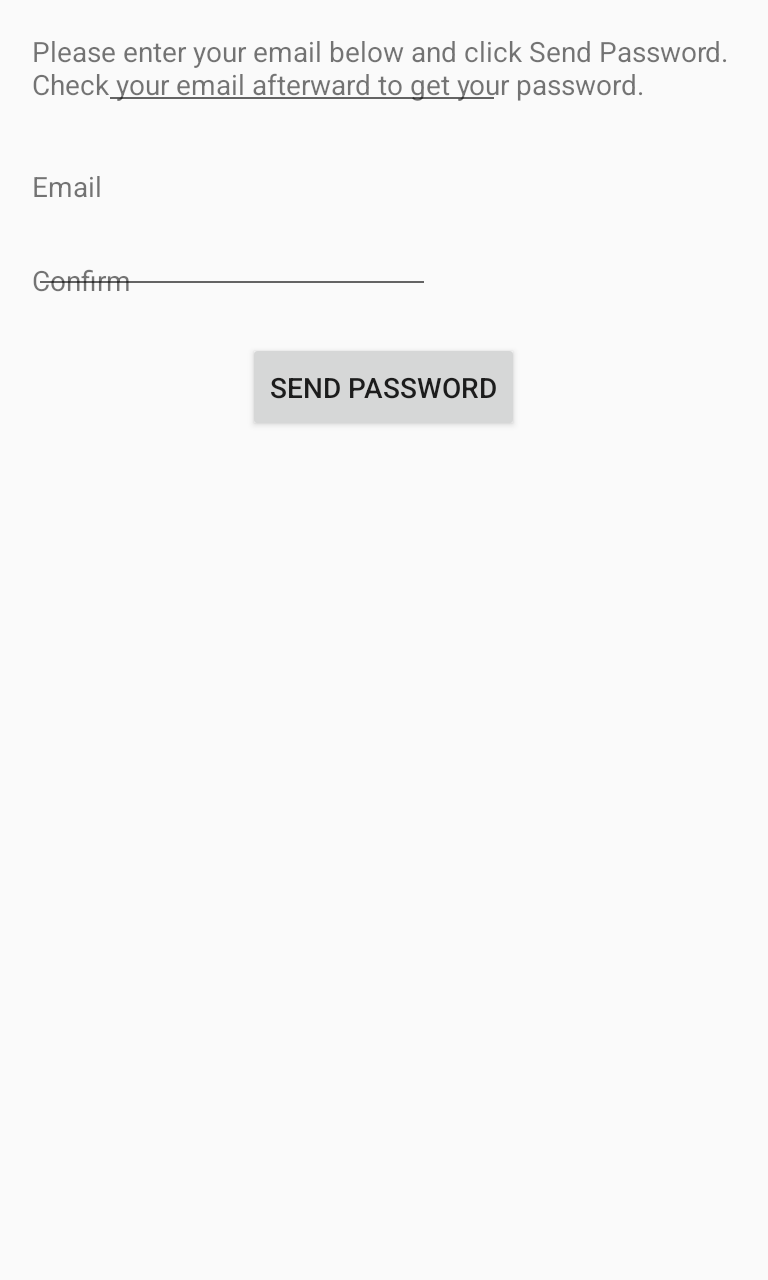
Repository: zerox2012/Fall2014Android
Layout: FishingBuddy/res/layout/activity_forgot_password.xml
The author's editor kept a copy of each file at every save. The layout is drawn from the files as they stood at one save, then again after the next save.
It is drawn on a 768 x 1280 px phone screen (xhdpi) without system bars, with theme AppTheme; the app's code is not run.

Above is the layout before, as saved 2014-10-20 22:50:14.

### FishingBuddy/res/layout/activity_forgot_password.xml
<RelativeLayout xmlns:android="http://schemas.android.com/apk/res/android"
    xmlns:tools="http://schemas.android.com/tools"
    android:layout_width="match_parent"
    android:layout_height="match_parent"
    android:paddingBottom="@dimen/activity_vertical_margin"
    android:paddingLeft="@dimen/activity_horizontal_margin"
    android:paddingRight="@dimen/activity_horizontal_margin"
    android:paddingTop="@dimen/activity_vertical_margin"
    tools:context="usf.fall2014.android.fishingbuddy.ForgotPassword" >

    <TextView
        android:id="@+id/text_password_recovery_instruction"
        android:layout_width="wrap_content"
        android:layout_height="wrap_content"
        android:layout_alignParentRight="true"
        android:text="@string/password_recovery_instruction" />
    <TextView
        android:id="@+id/label_email"
        android:layout_width="wrap_content"
        android:layout_height="wrap_content"
        android:layout_below="@+id/text_password_recovery_instruction"
        android:layout_marginTop="32dp"
        android:text="@string/label_email" />
    <EditText
        android:id="@+id/email1"
        android:layout_width="200dp"
        android:layout_height="wrap_content"
        android:layout_toRightOf="@+id/label_email"
        android:ems="10"
        android:inputType="textEmailAddress" />

    <TextView
        android:id="@+id/label_confirm_email"
        android:layout_width="wrap_content"
        android:layout_height="wrap_content"
        android:layout_below="@+id/label_email"
        android:layout_marginRight="17dp"
        android:layout_marginTop="28dp"
        android:text="@string/label_confirm_email" />
    <EditText
        android:id="@+id/email2"
        android:layout_width="200dp"
        android:layout_height="wrap_content"
        android:layout_alignBottom="@+id/label_confirm_email"
        android:layout_marginRight="14dp"
        android:ems="10"
        android:inputType="textEmailAddress" />

    <Button
        android:id="@+id/button_create"
        android:layout_width="wrap_content"
        android:layout_height="wrap_content"
        android:layout_below="@+id/email2"
        android:layout_centerHorizontal="true"
        android:layout_marginTop="20dp"
        android:text="@string/label_send_password" />

</RelativeLayout>

### FishingBuddy/res/values/strings.xml
<?xml version="1.0" encoding="utf-8"?>
<resources>

    <string name="app_name">FishingBuddy</string>
    <string name="hello_world">Hello world!</string>
    <string name="action_settings">Settings</string>
    <string name="title_activity_main_menu">MainMenu</string>
    <string name="title_activity_gallery">Gallery</string>
    <string name="title_activity_message">Message</string>
    <string name="title_activity_new_user">NewUser</string>
    <string name="title_activity_forgot_password">ForgotPassword</string>
    <string name="title_activity_map">Map</string>
    <string name="user_name">Username</string>
    <string name="password">Password</string>
    <string name="button_login">Login</string>
    <string name="new_user">New User</string>
    <string name="forgot_password">Forgot Password</string>
    <string name="remember_me">remember me</string>
    <string name="label_email">Email</string>
    <string name="label_confirm_email">Confirm</string>
    <string name="create_account">Create Account</string>
    <string name="cancel">Cancel</string>
    <string name="label_water_temp">Water Temperature</string>
    <string name="label_current_time">Current Time</string>
    <string name="label_tide_information">Tide Information</string>
    <string name="label_tide_chart">Hi                 Lo                  Hi                    Lo         </string>
    <string name="button_map">Fishing Map</string>
    <string name="button_gallery">Gallery</string>
    <string name="button_setting">Setting</string>
    <string name="button_exitapp">Exit</string>
    <string name="label_hi">Hi</string>
    <string name="label_lo">Lo</string>
    <string name="tide_value1_hi">00:00AM - 0.00feet</string>
    <string name="tide_value2_hi">00:00AM - 0.00feet</string>
    <string name="tide_value1_lo">00:00AM - 0.00feet</string>
    <string name="tide_value2_lo">00:00AM - 0.00feet</string>
    <string name="value_current_time">00:00:00 AM</string>
    <string name="value_current_temp">00.00F</string>
    <string name="value_current_date">October 21, 2014</string>
    <string name="label_send_password">Send Password</string>
    <string name="password_recovery_instruction">Please enter your email below and click Send Password.  Check your email afterward to get your password.</string>

</resources>

Loaded but not shown: FishingBuddy/res/values/styles.xml (common file); FishingBuddy/res/values-v11/styles.xml (common file); FishingBuddy/res/values-v14/styles.xml (common file); FishingBuddy/res/values/dimens.xml (common file); FishingBuddy/res/values-w820dp/dimens.xml (common file)

After the next save:
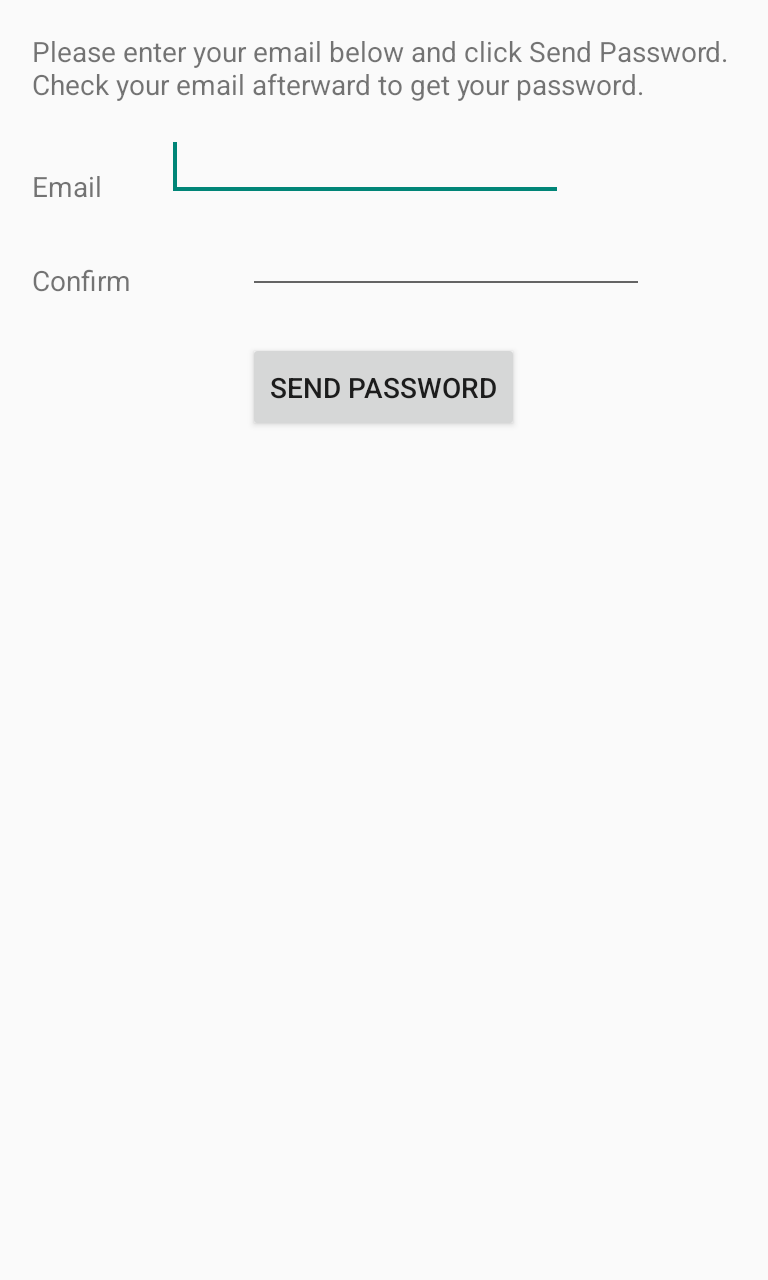
Saved 86 s later.
--- a/FishingBuddy/res/layout/activity_forgot_password.xml
+++ b/FishingBuddy/res/layout/activity_forgot_password.xml
@@ -21,13 +21,6 @@
         android:layout_below="@+id/text_password_recovery_instruction"
         android:layout_marginTop="32dp"
         android:text="@string/label_email" />
-    <EditText
-        android:id="@+id/email1"
-        android:layout_width="200dp"
-        android:layout_height="wrap_content"
-        android:layout_toRightOf="@+id/label_email"
-        android:ems="10"
-        android:inputType="textEmailAddress" />
 
     <TextView
         android:id="@+id/label_confirm_email"
@@ -37,14 +30,6 @@
         android:layout_marginRight="17dp"
         android:layout_marginTop="28dp"
         android:text="@string/label_confirm_email" />
-    <EditText
-        android:id="@+id/email2"
-        android:layout_width="200dp"
-        android:layout_height="wrap_content"
-        android:layout_alignBottom="@+id/label_confirm_email"
-        android:layout_marginRight="14dp"
-        android:ems="10"
-        android:inputType="textEmailAddress" />
 
     <Button
         android:id="@+id/button_create"
@@ -55,4 +40,25 @@
         android:layout_marginTop="20dp"
         android:text="@string/label_send_password" />
 
+    <EditText
+        android:id="@+id/email1"
+        android:layout_width="200dp"
+        android:layout_height="wrap_content"
+        android:layout_alignBottom="@+id/label_email"
+        android:layout_toRightOf="@+id/label_confirm_email"
+        android:ems="10"
+        android:inputType="textEmailAddress" >
+
+        <requestFocus />
+    </EditText>
+
+    <EditText
+        android:id="@+id/email2"
+        android:layout_width="200dp"
+        android:layout_height="wrap_content"
+        android:layout_alignBottom="@+id/label_confirm_email"
+        android:layout_alignLeft="@+id/button_create"
+        android:ems="10"
+        android:inputType="textEmailAddress" />
+
 </RelativeLayout>
